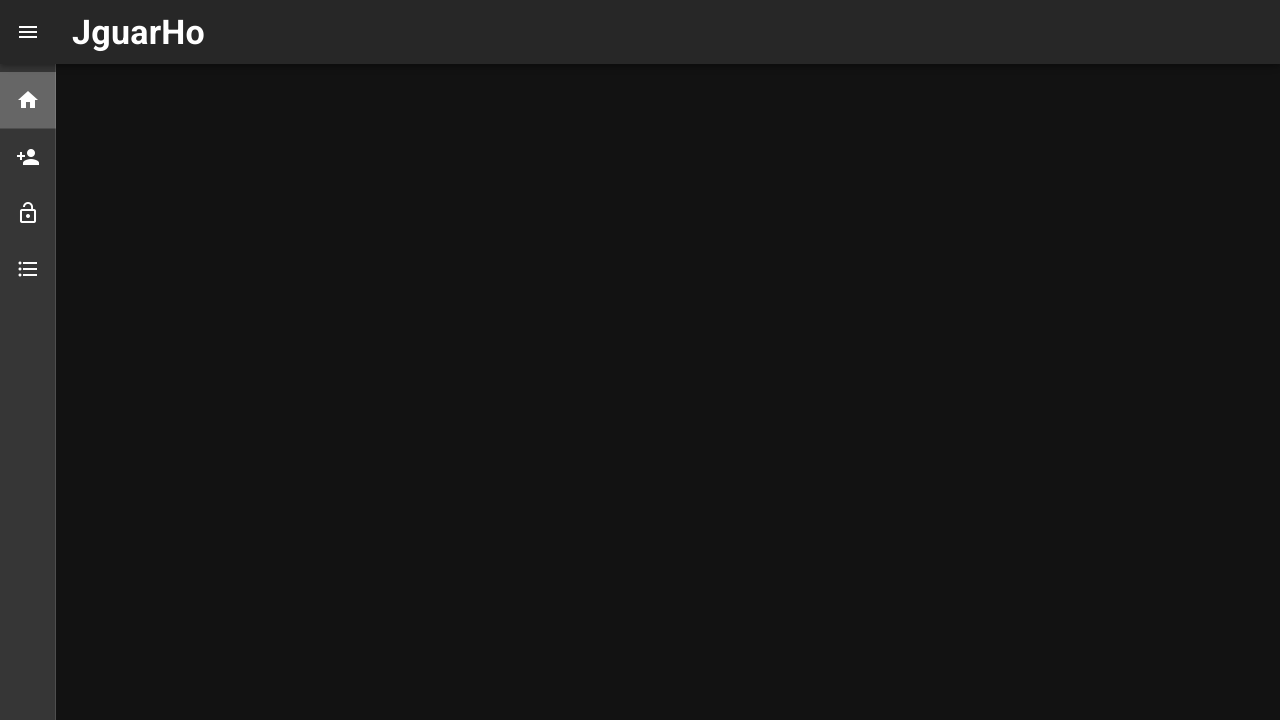
Repository: agent501/MRMS
Page: /
An editor plug-in stored every save of this project. The page is shown before and after the next save, followed by the edit.
The browser window is 1280 px wide. The pictures show the whole page.
The page's requests for data from a server got no answer. The project was rebuilt for these pictures with package versions that can differ from the ones it lists, and the page was loaded fresh each time. No one was signed in, and anything a server would have sent is missing. Also part of the build but not shown: vue.config.js, src/components/Product/products.vue, src/components/Product/product.vue, src/components/Product/createproduct.vue, src/components/User/signin.vue, src/components/User/signup.vue, src/components/User/profile.vue, src/components/Shared/Alert.vue and 2 more. Imported but missing from the stored project, and not drawn on this page: src/router/auth-guard.js.

Above is the page before, as saved 2020-07-29 16:22:51.

### src/main.js
import Vue from 'vue';
import App from './App.vue';
import router from './router';
import { store } from './store';
import alert from './components/Shared/Alert.vue';
import vuetify from './plugins/vuetify';
import { fb } from './components/firebase/firebase.js';
import * as firebase from 'firebase';
import editproductdiaglog from './components/Product/Edit/editproductdialog.vue';
import editprogressbar from './components/Product/Edit/editprogressbar.vue';

Vue.component('app-alert', alert);
Vue.component('app-edit-product', editproductdiaglog);
Vue.component('app-edit-progress', editprogressbar);

Vue.config.productionTip = false;

new Vue({
  router,
  store,
  vuetify,
  render: (h) => h(App),
  created() {
    fb;
    firebase.auth().onAuthStateChanged((user) => {
      if (user) {
        this.$store.dispatch('autosignin', user);
      }
    });
    this.$store.dispatch('loadProducts');
  },
}).$mount('#app');

### src/App.vue
<template>
  <v-app>
    <v-navigation-drawer v-model="drawer" :mini-variant.sync="mini" app clipped dense permanent>
      <v-list>
        <v-list-item to="/">
          <v-list-item-icon>
            <v-icon medium>home</v-icon>
          </v-list-item-icon>

          <v-list-item-content>
            <v-list-item-title>Home</v-list-item-title>
          </v-list-item-content>
        </v-list-item>

        <v-divider></v-divider>
        <v-list-item v-for="item in menuItems" :key="item.title" router :to="item.link">
          <v-list-item-icon>
            <v-icon medium>{{ item.icon }}</v-icon>
          </v-list-item-icon>

          <v-list-item-content>
            <v-list-item-title>{{ item.text }}</v-list-item-title>
          </v-list-item-content>
        </v-list-item>
        <v-list-item v-if="userIsAuthenticated || adminIsAuthenticated" @click="onLogout">
          <v-list-item-icon>
            <v-icon>exit_to_app</v-icon>
          </v-list-item-icon>
          <v-list-item-content>Logout</v-list-item-content>
        </v-list-item>
      </v-list>
    </v-navigation-drawer>

    <v-app-bar app clipped-left>
      <v-app-bar-nav-icon @click.stop="mini=!mini"></v-app-bar-nav-icon>
      <v-toolbar-title class="font-weight-bold display-1">
        <router-link to="/" tag="span" style="cursor:pointer">JguarHo</router-link>
      </v-toolbar-title>
    </v-app-bar>

    <!-- Page Content -->
    <v-content>
      <router-view></router-view>
    </v-content>

    <!-- <v-footer>
      <span>JguarHo &copy; Copyright Reserved</span>
    </v-footer>-->
  </v-app>
</template>

<script>
// import HelloWorld from './components/HelloWorld';

export default {
  name: 'App',

  components: {
    // HelloWorld,
  },
  props: {
    source: String
  },
  data: () => ({
    mini: true,
    drawer: true
    // items: [
    //   { icon: 'lock_open', text: 'Sign In', link: '/signin' },
    //   { icon: 'home', text: 'Home', link: '/' },
    //   { icon: 'list', text: 'All Products', link: '/products' },
    //   { icon: 'help_outline', text: 'About Us', link: '' }
    // ]
  }),
  computed: {
    menuItems() {
      let items = [
        { icon: 'person_add', text: 'Sign Up', link: '/signup' },
        { icon: 'lock_open', text: 'Sign In', link: '/signin' },

        {
          icon: 'format_list_bulleted',
          text: 'All Products',
          link: '/products'
        }
        // { icon: 'person', text: 'About Us', link: '' }
      ];
      if (this.adminIsAuthenticated) {
        items = [
          {
            icon: 'create_new_folder',
            text: 'Create Product',
            link: '/createproduct'
          },
          {
            icon: 'format_list_bulleted',
            text: 'All Products',
            link: '/products'
          },
          {
            icon: 'person',
            text: 'Profile',
            link: '/profile/' + this.adminIsAuthenticated.id
          }
        ];
      } else if (this.userIsAuthenticated) {
        items = [
          {
            icon: 'format_list_bulleted',
            text: 'All Products',
            link: '/products'
          },
          {
            icon: 'person',
            text: 'Profile',
            link: '/profile/' + this.userIsAuthenticated.id
          }
        ];
      }
      return items;
    },
    adminIsAuthenticated() {
      return (
        this.$store.getters.user !== null &&
        this.$store.getters.user !== undefined &&
        this.$store.getters.user.id === 'ktQMfIIbLQRTlySJDVzU9JbCF293' &&
        this.$store.getters.user
      );
    },
    userIsAuthenticated() {
      return (
        this.$store.getters.user !== null &&
        this.$store.getters.user !== undefined &&
        this.$store.getters.user
      );
    }
  },
  created() {
    this.$vuetify.theme.dark = true;
  },
  methods: {
    onLogout() {
      this.$store.dispatch('logout');
      this.$router.push('/');
    }
  }
};
</script>

### src/router/index.js
import Vue from 'vue';
import VueRouter from 'vue-router';
import home from '../components/Home.vue';
import products from '../components/Product/products.vue';
import product from '../components/Product/product.vue';
import createproduct from '../components/Product/createproduct.vue';
import signin from '../components/User/signin.vue';
import signup from '../components/User/signup.vue';
import profile from '../components/User/profile.vue';
import AuthGuard from '../router/auth-guard.js';

Vue.use(VueRouter);

export default new VueRouter({
  mode: 'history',
  routes: [
    { path: '/', name: 'home', component: home },
    { path: '/products', name: 'products', component: products },
    {
      path: '/createproduct',
      name: 'createproduct',
      component: createproduct,
      beforeEnter: AuthGuard,
    },
    { path: '/signin', name: 'signin', component: signin },
    { path: '/signup', name: 'signup', component: signup },
    {
      path: '/profile/:id',
      name: 'profile',
      component: profile,
      beforeEnter: AuthGuard,
    },
    {
      path: '/products/:id',
      name: 'product',
      props: true,
      component: product,
    },
  ],
});

### src/store/index.js
import Vue from 'vue';
import Vuex from 'vuex';

import product from './product';
import user from './user';
import shared from './shared';

Vue.use(Vuex);

export const store = new Vuex.Store({
  modules: {
    product: product,
    user: user,
    shared: shared,
  },
});

### src/plugins/vuetify.js
import Vue from 'vue';
import Vuetify from 'vuetify/lib';
import '@mdi/font/css/materialdesignicons.css'; //
import 'material-design-icons-iconfont/dist/material-design-icons.css';

Vue.use(Vuetify);

export default new Vuetify({
  icons: {
    iconfont: 'mdi',
  },
});

### src/components/firebase/firebase.js
import firebase from 'firebase/app';
import 'firebase/firestore';
import 'firebase/storage';

var firebaseConfig = {
  apiKey: 'AIzaSyBJdvJyA-ac-dO3JYy-4WKY7wIkma-Y1fI',
  authDomain: 'mrms-2ae69.firebaseapp.com',
  databaseURL: 'https://mrms-2ae69.firebaseio.com',
  projectId: 'mrms-2ae69',
  storageBucket: 'mrms-2ae69.appspot.com',
  messagingSenderId: '287673096935',
  appId: '1:287673096935:web:7f7f75dea0b5657353e042',
  measurementId: 'G-EKPLN37GXX',
};

export const fb = firebase.initializeApp(firebaseConfig);

### src/components/Home.vue
<template>
  <v-container>
    <v-layout>
      <v-flex xs12 class="text-xs-center" v-if="!loading">
        <v-progress-circular
          indeterminate
          class="primary--text"
          :width="7"
          :size="70"
          v-if="loading"
        ></v-progress-circular>
      </v-flex>
    </v-layout>
    <v-carousel
      cycle
      height="600"
      hide-delimiters
      show-arrows-on-hover
      width="100%"
      style="cursor:pointer"
    >
      <v-carousel-item
        v-for="product in products"
        :key="product.id"
        @click="onLoadProduct(product.id)"
      >
        <div class="text-right">
          <span class="title">{{ product.name }}</span>
        </div>
        <img :src="product.featureimage" style="height: 100%; width: 100%; object-fit: contain" />
      </v-carousel-item>
    </v-carousel>
  </v-container>
</template>

<script>
export default {
  // data: () => ({
  //   images: [
  //     {
  //       src: 'https://cdn.vuetifyjs.com/images/carousel/squirrel.jpg',
  //       title: 'image1asdasdasdsadasdasdsadasdasd',
  //       id: 'asdad123'
  //     },
  //     {
  //       src: 'https://cdn.vuetifyjs.com/images/carousel/sky.jpg',
  //       title: 'image2',
  //       id: 'asdasd1223'
  //     },
  //     {
  //       src: 'https://cdn.vuetifyjs.com/images/carousel/bird.jpg',
  //       title: 'image3',
  //       id: 'asdad13223'
  //     },
  //     {
  //       src: 'https://cdn.vuetifyjs.com/images/carousel/planet.jpg',
  //       title: 'image4',
  //       id: 'asdaasd1123'
  //     }
  //   ]
  // }),
  computed: {
    products() {
      return this.$store.getters.featuredProducts;
    },
    loading() {
      return this.$store.getters.loading;
    }
  },
  methods: {
    onLoadProduct(id) {
      this.$router.push('/products/' + id);
    }
  }
};
</script>

<style scoped>
.title {
  background-color: rgba(235, 235, 235, 0.897);
  color: black;

  padding: 10px 30px;
}
</style>

### src/store/product/index.js
import * as firebase from 'firebase';

export default {
  state: {
    loadedProducts: [],
  },
  mutations: {
    createProduct(state, payload) {
      state.loadedProducts.push(payload);
    },
    setLoadedProducts(state, payload) {
      state.loadedProducts = payload;
    },
    updateProduct(state, payload) {
      const product = state.loadedProducts.find((product) => {
        return product.id === payload.id;
      });
      if (payload.name) {
        product.name = payload.name;
      }
      if (payload.description) {
        product.description = payload.description;
      }
      if (payload.earningperunit) {
        product.earningperunit = payload.earningperunit;
      }
      if (payload.investmentperunit) {
        product.investmentperunit = payload.investmentperunit;
      }
    },
    updateProgress(state, payload) {
      const product = state.loadedProducts.find((product) => {
        return product.id === payload.id;
      });
      if (payload.productprogressbar) {
        product.productprogressbar = payload.productprogressbar;
      }
    },
    deleteProduct(state, payload) {
      const registeredProducts = state.loadedProducts;
      registeredProducts.splice(
        registeredProducts.findIndex((product) => product.id === payload),
        1
      );
      // Reflect.deleteProperty(state.user.fbKeys,payload)
    },
  },
  actions: {
    loadProducts({ commit }) {
      commit('setLoading', true);
      firebase
        .database()
        .ref('products')
        .once('value')
        .then((data) => {
          const products = [];
          const obj = data.val();
          for (let key in obj) {
            products.push({
              id: key,
              name: obj[key].name,
              description: obj[key].description,
              investmentperunit: obj[key].investmentperunit,
              earningperunit: obj[key].earningperunit,
              creatorId: obj[key].creatorId,
              productimage: obj[key].productimage,
              productprogressbar: obj[key].productprogressbar,
              featureimage: obj[key].productimage[0],
            });
          }
          commit('setLoadedProducts', products);
          commit('setLoading', false);
        })
        .catch((error) => {
          console.log(error);
          commit('setLoading', true);
        });
    },
    deleteProduct({ commit }, payload) {
      const productId = payload;
      console.log(productId);
      firebase
        .database()
        .ref('products')
        .child(productId)
        .remove()
        .then(function () {
          // File deleted successfully

          console.log('success');
        })
        .catch(function (error) {
          // Uh-oh, an error occurred!
          console.log(error);
        });
      commit('deleteProduct', payload);
    },
    createProduct({ commit, getters }, payload) {
      const product = {
        name: payload.name,
        description: payload.description,
        investmentperunit: payload.investmentperunit,
        earningperunit: payload.earningperunit,
        productimage: payload.productimage,
        productprogressbar: payload.productprogressbar,
        creatorId: getters.user.id,
      };
      let key;
      firebase
        .database()
        .ref('products')
        .push(product)
        .then((data) => {
          //specific product id
          key = data.key;
          commit('createProduct', { ...product, id: key });
          // return key
        });
    },
    updateproductdata({ commit }, payload) {
      commit('loading', true);
      const updateObj = {};
      if (payload.name) {
        updateObj.name = payload.name;
      }
      if (payload.desscription) {
        updateObj.description = payload.desscription;
      }
      if (payload.earningperunit) {
        updateObj.earningperunit = payload.earningperunit;
      }
      if (payload.investmentperunit) {
        updateObj.investmentperunit = payload.investmentperunit;
      }
      firebase
        .database()
        .ref('products')
        .child(payload.id)
        .update(updateObj)
        .then(() => {
          commit('setLoading', false);
          commit('updateProduct', payload);
        })
        .catch((error) => {
          console.log(error);
          commit('setLoading', false);
        });
    },
    updateprogressdata({ commit }, payload) {
      commit('loading', true);
      const updateObj = {};
      if (payload.productprogressbar) {
        updateObj.productprogressbar = payload.productprogressbar;
      }

      firebase
        .database()
        .ref('products')
        .child(payload.id)
        .update(updateObj)
        .then(() => {
          commit('setLoading', false);
          commit('updateProgress', payload);
        })
        .catch((error) => {
          console.log(error);
          commit('setLoading', false);
        });
    },
  },
  getters: {
    loadedProducts(state) {
      return state.loadedProducts.sort((productA, productB) => {
        return productA.date > productB.date;
      });
    },
    featuredProducts(state, getters) {
      return getters.loadedProducts.slice(0, 5);
    },
    loadedProduct(state) {
      return (productId) => {
        return state.loadedProducts.find((product) => {
          return product.id === productId;
        });
      };
    },
  },
  modules: {},
};

### src/store/user/index.js
import * as firebase from 'firebase';

export default {
  state: {
    user: null,
    profile: [],
  },
  mutations: {
    setUser(state, payload) {
      state.user = payload;
    },
    setLoadedProfile(state, payload) {
      state.profile = payload;
    },
    updateProfile(state, payload) {
      const profile = state.profile;

      if (payload.name) {
        profile.name = payload.name;
      }
      if (payload.email) {
        profile.email = payload.email;
      }
      if (payload.icnumber) {
        profile.icnumber = payload.icnumber;
      }
      if (payload.phonenumber) {
        profile.phonenumber = payload.phonenumber;
      }
      if (payload.ssmimage) {
        profile.ssmimage = payload.ssmimage;
      }
    },
  },
  actions: {
    signUp({ commit }, payload) {
      // perform the mutation set loading because no matter user success sign up or not it will always display loading
      commit('setLoading', true);
      commit('clearError');
      firebase
        .auth()
        // passing the email and password fetch from the signup page and send to the firebasenpm
        .createUserWithEmailAndPassword(payload.email, payload.password)
        //if success, get the unique id from the firebase and set it on the format that is same as state
        .then((response) => {
          // set loading in the state back to false because is already succeed
          commit('setLoading', false);

          const newUser = {
            userid: response.user.uid,
            registeredProducts: [],
            fbKeys: {},
            email: payload.email,
            phonenumber: payload.phonenumber,
            icnumber: payload.icnumber,
            name: payload.name,
            ssmimage: payload.image,
          };
          let key;
          firebase
            .database()
            .ref('profiles')
            .push(newUser)
            .then((data) => {
              //specific product id
              key = data.userid;
              commit('createProfile', { ...newUser, id: key });
              // return key
            });

          commit('setUser', newUser);
        })
        // if got error
        .catch((error) => {
          // set loading in the state back to false because there's a error occur
          commit('setLoading', false);
          // perform the mutation of setError to display the error
          commit('setError', error);
          console.log(error);
        });
    },
    logIn({ commit }, payload) {
      // perform the mutation set loading because no matter user success sign in or not it will always display loading
      commit('setLoading', true);
      commit('clearError');
      firebase
        .auth()
        // sending the user email and password to the firebase for matchmaking in order to login
        .signInWithEmailAndPassword(payload.email, payload.password)
        .then((response) => {
          // set loading in the state back to false because is already succeed
          commit('setLoading', false);

          const newUser = {
            id: response.user.uid,
            registeredProducts: [],
            fbKeys: {},
          };

          firebase
            .database()
            .ref('profiles')
            .orderByChild('userid')
            .equalTo(newUser.id)
            .once('value')
            .then((data) => {
              const profile = [];
              const obj = data.val();
              for (let key in obj) {
                profile.push({
                  id: key,
                  name: obj[key].name,
                  email: obj[key].email,
                  icnumber: obj[key].icnumber,
                  phonenumber: obj[key].phonenumber,
                  userid: obj[key].userid,
                  ssmimage: obj[key].ssmimage,
                });
              }
              console.log(profile);
              commit('setLoadedProfile', profile);

              commit('setLoading', false);
            })
            .catch((error) => {
              console.log(error);
              commit('setLoading', true);
            });

          commit('setUser', newUser);
        }) // if got error
        .catch((error) => {
          // set loading in the state back to false because there's a error occur
          commit('setLoading', false);
          // perform the mutation of setError to display the error
          commit('setError', error);
          console.log(error);
        });
    },
    autosignin({ commit }, payload) {
      commit('setUser', { id: payload.uid, registeredProducts: [] });
    },
    logout({ commit }) {
      firebase.auth().signOut();
      commit('setUser', null);
    },
    updatePassword(payload) {
      var user = firebase.auth().currentUser;
      var updatepassword = payload.newpassword;
      var credential = firebase.auth.EmailAuthProvider.credential(
        payload.email,
        payload.currentpassword
      );

      user
        .reauthenticate(credential)
        .then(() => {
          user
            .updatePassword(updatepassword)
            .then(() => {
              this.dialog = true;
              console.log('update complete');
              if (this.dialog === false) {
                this.$router.push('/');
              }
            })
            .catch((error) => {
              console.log(error);
            });
        })
        .catch((error) => {
          console.log(error);
        });
    },
    updateProfileData({ commit }, payload) {
      commit('loading', true);
      const updateObj = {};
      if (payload.name) {
        updateObj.name = payload.name;
      }
      if (payload.email) {
        updateObj.email = payload.email;
      }
      if (payload.icnumber) {
        updateObj.icnumber = payload.icnumber;
      }
      if (payload.phonenumber) {
        updateObj.phonenumber = payload.phonenumber;
      }
      if (payload.ssmimage) {
        updateObj.ssmimage = payload.ssmimage;
      }
      firebase
        .database()
        .ref('profiles')
        .child(payload.id)
        .update(updateObj)
        .then(() => {
          commit('setLoading', false);
          commit('updateProfile', payload);
        })
        .catch((error) => {
          console.log(error);
          commit('setLoading', false);
        });
    },
  },
  getters: {
    user(state) {
      return state.user;
    },
  },
};

### src/store/shared/index.js
export default {
  state: {
    loading: false,
    error: null,
  },
  mutations: {
    setLoading(state, payload) {
      state.loading = payload;
    },
    // change the of status error in state
    setError(state, payload) {
      state.error = payload;
    },
    // change the status of error back to null
    clearError(state) {
      state.error = null;
    },
  },
  actions: {
    clearError({ commit }) {
      commit('clearError');
    },
  },
  getters: {
    error(state) {
      return state.error;
    },
    loading(state) {
      return state.loading;
    },
  },
};

Loaded but not shown: public/index.html (common file)

After the next save:
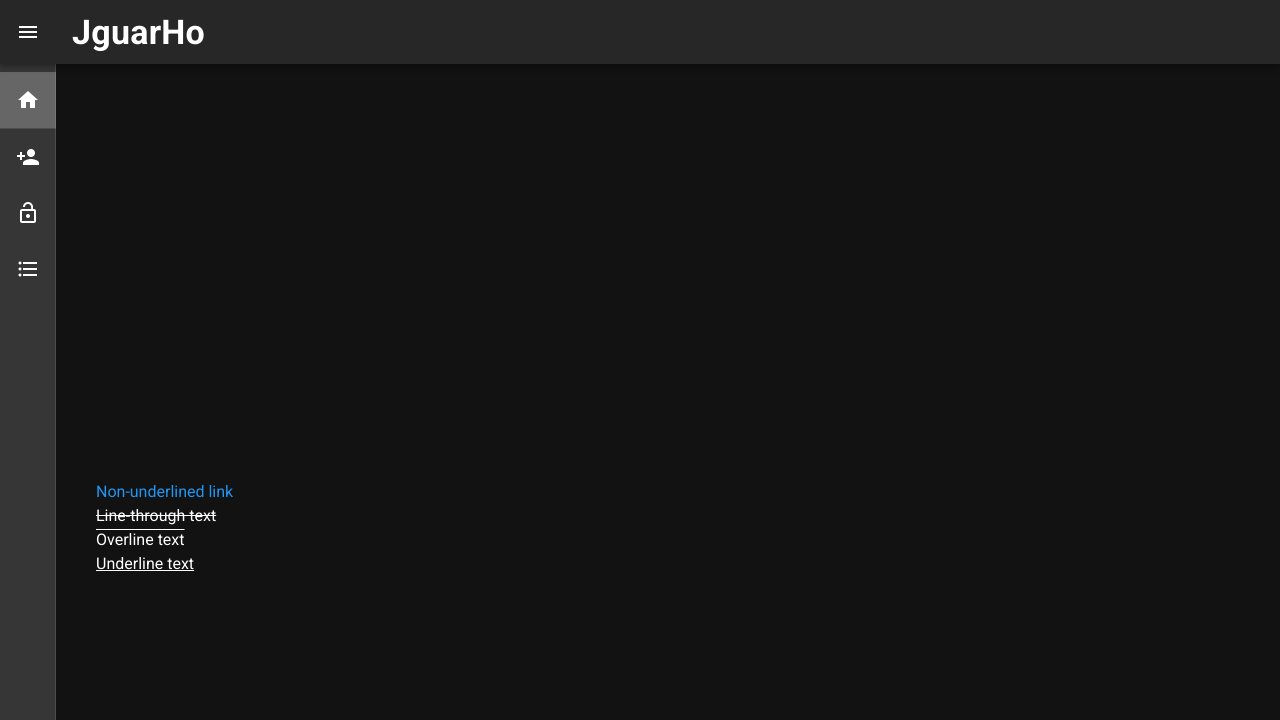
Saved 2 min 48 s later.
--- a/src/components/Home.vue
+++ b/src/components/Home.vue
@@ -1,5 +1,5 @@
 <template>
-  <v-container>
+  <div class="mx-10" style="max-width:1800px">
     <v-layout>
       <v-flex xs12 class="text-xs-center" v-if="!loading">
         <v-progress-circular
@@ -11,9 +11,11 @@
         ></v-progress-circular>
       </v-flex>
     </v-layout>
+
     <v-carousel
       cycle
-      height="600"
+      class="mt-4"
+      height="400"
       hide-delimiters
       show-arrows-on-hover
       width="100%"
@@ -30,7 +32,17 @@
         <img :src="product.featureimage" style="height: 100%; width: 100%; object-fit: contain" />
       </v-carousel-item>
     </v-carousel>
-  </v-container>
+
+    <div>
+      <a href="#" class="text-decoration-none">Non-underlined link</a>
+
+      <div class="text-decoration-line-through">Line-through text</div>
+
+      <div class="text-decoration-overline">Overline text</div>
+
+      <div class="text-decoration-underline">Underline text</div>
+    </div>
+  </div>
 </template>
 
 <script>
@@ -65,13 +77,13 @@ export default {
     },
     loading() {
       return this.$store.getters.loading;
-    }
+    },
   },
   methods: {
     onLoadProduct(id) {
       this.$router.push('/products/' + id);
-    }
-  }
+    },
+  },
 };
 </script>
 
